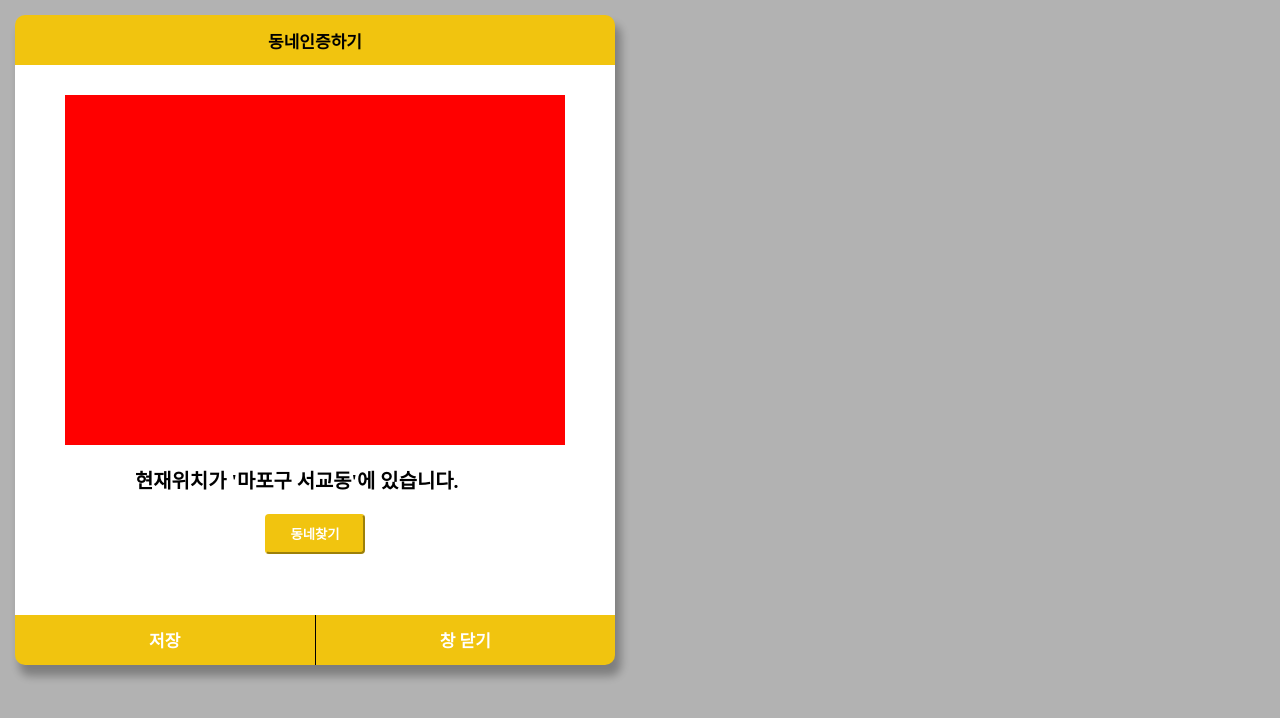
Repository: Corn-Market/Front-end
Page: http://localhost/CornMarket/resources/views/popup_profile_update.jsp
These files come from the project's save history. The page is drawn as it stood at one moment and after the next save; the edit follows.
The browser window is 1280 px wide. The pictures show the whole page.
The page is served by Tomcat 9. Other server files are loaded and not shown.

Above is the page before, as saved 2022-12-19 06:04:47.

### CornMarket/src/main/webapp/resources/views/popup_profile_update.jsp
<%@ page language="java" contentType="text/html; charset=UTF-8"
    pageEncoding="UTF-8"%>
<%@ taglib uri="http://java.sun.com/jsp/jstl/core" prefix="c" %>
<c:set var="path" value="${pageContext.request.contextPath}"/>
<!DOCTYPE html>
<html>
<head>
<meta charset="EUC-KR">
<title>Insert title here</title>
<link rel="stylesheet" href="${path}/resources/css/popup_mytown.css"/>
<script src="https://ajax.googleapis.com/ajax/libs/jquery/3.5.1/jquery.min.js"></script><script src="https://ajax.googleapis.com/ajax/libs/jquery/3.5.1/jquery.min.js"></script>
</head>
<body>
	<div class="container">
        <div class="popup-wrap" id="popup">
          <div class="popup">
            <div class="popup-head">
                <span class="head-title">동네인증하기</span>
            </div>
            <div class="popup-body">
              <div class="body-content">
                <div class="body-titlebox">
                </div>
                <div class="body-contentbox">
                	<h3>현재위치가 '마포구 서교동'에 있습니다.</h3>
                  	<input type="button" class="search_btn" value="동네찾기">
                </div>
              </div>
            </div>
            <div class="popup-foot">
              <span class="pop-btn confirm" id="confirm" onclick="">저장</span>
              <span class="pop-btn close" id="close" onclick="">창 닫기</span>
            </div>
          </div>
         </div>
    </div>
</body>
</html>

### CornMarket/src/main/webapp/resources/css/popup_mytown.css
.popup-wrap{
    background-color:rgba(0,0,0,.3);
    justify-content:center;
    align-items:center;
    position:fixed;
    top:0;
    left:0;
    right:0;
    bottom:0;
    padding:15px;

  }

  .popup{
    width:1000px;
    max-width:600px;
    border-radius:10px;
    overflow:hidden;
    background-color:rgb(241, 196, 15);
    font-size: 17px;
    font-weight: bold;
    box-shadow: 5px 10px 10px 1px rgba(0,0,0,.3);
  }

  .popup-head{
    width:100%;
    height:50px;
    display:flex;
    align-items:center;
    justify-content:center;
  }

  .popup-body{
    background-color:#ffffff;
  }
  .body-content{
    padding:20px;
  }
  .body-titlebox{
    text-align:center;
    width:500px;
    height:350px;
    background-color:red;
    margin:10px auto;
  }
  .body-contentbox{
  	width:360px;
  	height:120px;
    margin:10px auto;
  }

  .popup-foot{
    width:100%;
    height:50px;
    display: flex;
  }

  .pop-btn{
    display:inline-flex;
    width:50%;
    height:100%;
    justify-content:center;
    align-items:center;
    float:left;
    color:rgb(255, 255, 255);
    cursor:pointer;
  }
  .pop-btn.confirm{
    border-right:1px solid black;
  }

  .search_btn{
  	 width:100px;
      height:40px;
      border-radius: 4px;
      border-color: rgb(241, 196, 15);
      background-color: rgb(241, 196, 15);
      color: rgb(255, 255, 255);
      font-weight: bold;
      display: block;
      margin:20px auto;
  }

  .body_contentbox h3{
  		text-align:center;
  }

After the next save:
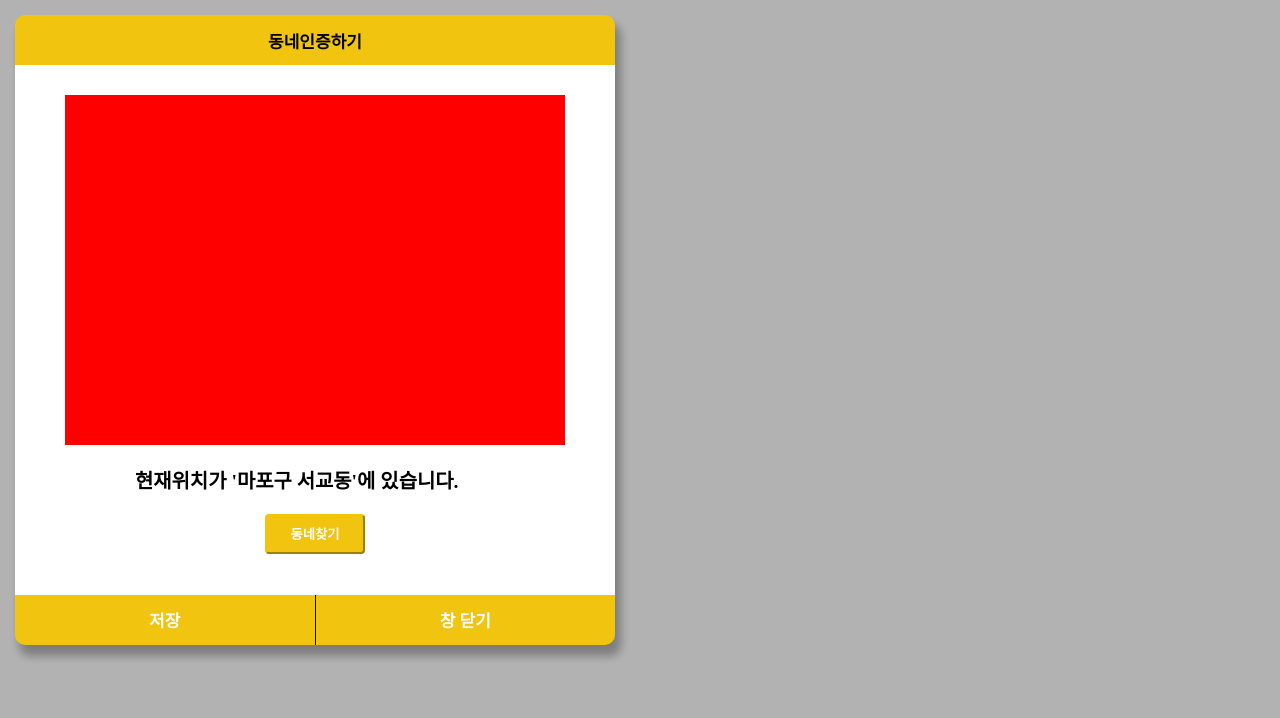
Saved 14 s later.
--- a/CornMarket/src/main/webapp/resources/css/popup_mytown.css
+++ b/CornMarket/src/main/webapp/resources/css/popup_mytown.css
@@ -45,7 +45,7 @@
   }
   .body-contentbox{
   	width:360px;
-  	height:120px;
+  	height:100px;
     margin:10px auto;
   }
 
